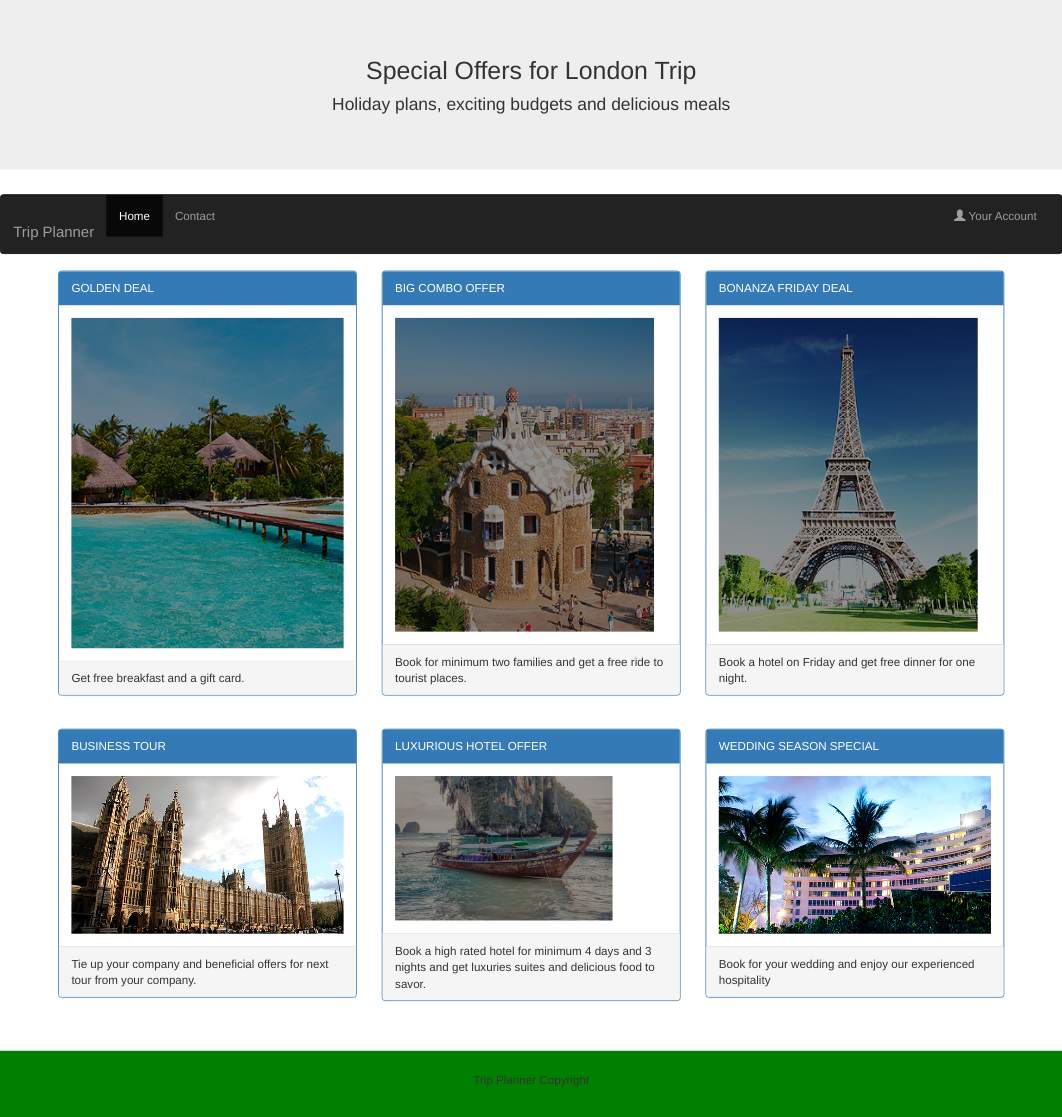
Repository: NanSin21/Mytourism-Website
Page: http://localhost/toursandtravelsmanagement/TripPlaces/CustomerBangkok.jsp
These files come from the project's save history. The page is drawn as it stood at one moment and after the next save; the edit follows.
The browser window is 1280 px wide. The pictures show the whole page, at 83% of full size.
The page is served by Tomcat 9. Other server files are loaded and not shown.

Above is the page before, as saved 2018-07-27 06:26:57.

### toursandtravelsmanagement/WebContent/TripPlaces/CustomerBangkok.jsp
<%@ page language="java" contentType="text/html; charset=ISO-8859-1"
    pageEncoding="ISO-8859-1"%>
<!DOCTYPE html PUBLIC "-//W3C//DTD HTML 4.01 Transitional//EN" "http://www.w3.org/TR/html4/loose.dtd">
<html>
<head>
<meta http-equiv="Content-Type" content="text/html; charset=ISO-8859-1">
<title>London Trip Package</title>
<!-- <meta charset="utf-8"> -->
  <meta name="viewport" content="width=device-width, initial-scale=1">
  <link rel="stylesheet" href="https://maxcdn.bootstrapcdn.com/bootstrap/3.3.7/css/bootstrap.min.css">
  <script src="https://ajax.googleapis.com/ajax/libs/jquery/3.3.1/jquery.min.js"></script>
  <script src="https://maxcdn.bootstrapcdn.com/bootstrap/3.3.7/js/bootstrap.min.js"></script>
  <style>
  .navbar{
  margin-nottom= 50px;
  border-radius= 0;
  }
  .jumbotron{
   margin-bottom= 0;
   }
   footer{
   background: green;
   padding: 25px;
   }
   </style>
</head>
<body>

<div class="jumbotron">
  <div class="container text-center">
   <h2>Special Offers for London Trip</h2>
     <p>Holiday plans, exciting budgets and delicious meals</p>
  </div>
</div>

<nav class="navbar navbar-inverse">
  <div class="container-fluid">
      <div class="navbar-header">
        <button type="button" class="navbar-toggle" data-toggle="collapse" data-target="#myNavbar">
        <span class="icon-bar"></span>
        <span class="icon-bar"></span>
        <span class="icon-bar"></span>
        </button>
        <h1><a class="navbar-brand" href="CustomerHome.jsp">Trip Planner</a></h1>
      </div>
      <div class="collapse navbar-collapse" id="myNavbar">
      <ul class="nav navbar-nav">
        <li class="active"><a href="TripPlaces/CustomerLondon.jsp">Home</a></li>
       <!--  <li><a href="registration.jsp">Register</a></li>
        <li><a href="login.jsp">Login</a></li> -->
        <li><a href="contact.jsp">Contact</a></li>
      </ul>
      <ul class="nav navbar-nav navbar-right">
        <li><a href="profile.jsp"><span class="glyphicon glyphicon-user"></span> Your Account</a></li>
       <!--  <li><a href="budget.html">Budget Details</a></li> -->
      <!--   <li><a href="#"><span class="glyphicon glyphicon-shopping-cart"></span> Cart</a></li> -->
      </ul>
    </div>
  </div>
</nav>


   <div class="container">
  <div class="row">
    <div class="col-sm-4">
      <div class="panel panel-primary">
        <div class="panel-heading">GOLDEN DEAL</div>
        <div class="panel-body"><img src="images/ban_img2.jpg" class="img-responsive" style="width:100%" alt="Image"></div>
        <div class="panel-footer">Get free breakfast and a gift card.</div>
      </div>
    </div>
    <div class="col-sm-4">
      <div class="panel panel-primary">
        <div class="panel-heading">BIG COMBO OFFER</div>
        <div class="panel-body"><img src="images/ban_img1.jpg" class="img-responsive" style="width:95%" alt="Image"></div>
        <div class="panel-footer">Book for minimum two families and get a free ride to tourist places.</div>
      </div>
    </div>
    <div class="col-sm-4">
      <div class="panel panel-primary">
        <div class="panel-heading">BONANZA FRIDAY DEAL</div>
        <div class="panel-body"><img src="images/ban_img3.jpg" class="img-responsive" style="width:95%" alt="Image"></div>
        <div class="panel-footer">Book a hotel on Friday and get free dinner for one night.</div>
      </div>
    </div>
  </div>
</div><br>

<div class="container">
  <div class="row">
    <div class="col-sm-4">
      <div class="panel panel-primary">
        <div class="panel-heading">BUSINESS TOUR</div>
        <div class="panel-body"><img src="images/londonhelp.jpg" class="img-responsive" style="width:100%" alt="Image"></div>
        <div class="panel-footer">Tie up your company and beneficial offers for next tour from your company.</div>
      </div>
    </div>
    <div class="col-sm-4">
      <div class="panel panel-primary">
        <div class="panel-heading">LUXURIOUS HOTEL OFFER</div>
        <div class="panel-body"><img src="images/2.jpg" class="img-responsive" style="width:80%" alt="Image"></div>
        <div class="panel-footer">Book a high rated hotel for minimum 4 days and 3 nights and get luxuries suites and delicious food to savor.</div>
      </div>
    </div>
    <div class="col-sm-4">
      <div class="panel panel-primary">
        <div class="panel-heading">WEDDING SEASON SPECIAL</div>
        <div class="panel-body"><img src="images/page4_img2.jpg" class="img-responsive" style="width:100%" alt="Image"></div>
        <div class="panel-footer">Book for your wedding and enjoy our experienced hospitality</div>
      </div>
    </div>
  </div>
</div><br><br>

<footer class="container-fluid text-center">
  <p>Trip Planner Copyright</p>
 <!--  <form action="LoginServlet" method="post" class="form-inline">Get deals:
    <input type="email" class="form-control" size="50" name="email" placeholder="Email Address">
     <input type="password" placeholder="Enter Password" name="password" required>
    <button type="submit" class="btn btn-danger">Sign Up</button>
  </form> -->
</footer>
</body>
</html>

After the next save:
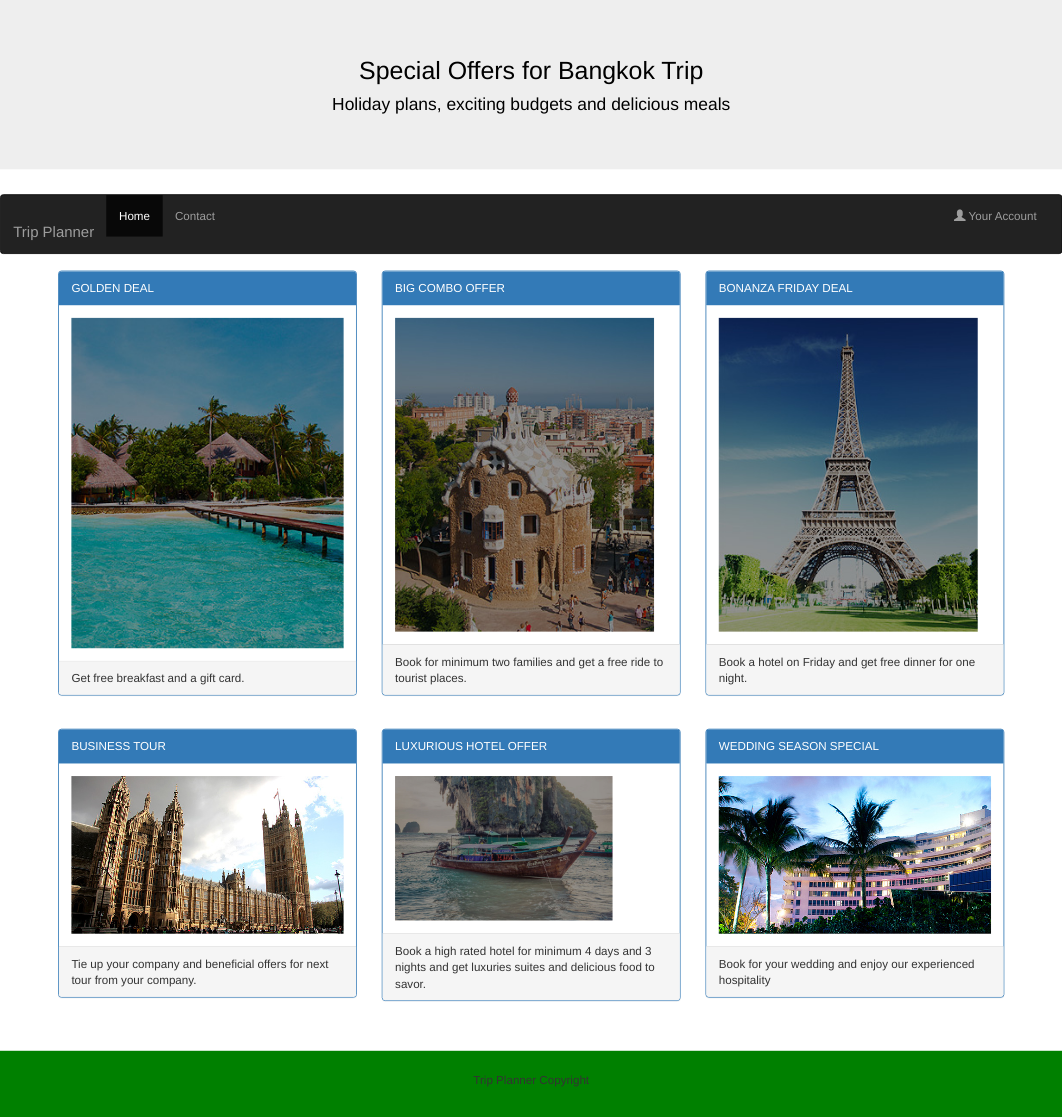
Saved 4 min 13 s later.
--- a/toursandtravelsmanagement/WebContent/TripPlaces/CustomerBangkok.jsp
+++ b/toursandtravelsmanagement/WebContent/TripPlaces/CustomerBangkok.jsp
@@ -4,7 +4,7 @@
 <html>
 <head>
 <meta http-equiv="Content-Type" content="text/html; charset=ISO-8859-1">
-<title>London Trip Package</title>
+<title>Bangkok Trip Package</title>
 <!-- <meta charset="utf-8"> -->
   <meta name="viewport" content="width=device-width, initial-scale=1">
   <link rel="stylesheet" href="https://maxcdn.bootstrapcdn.com/bootstrap/3.3.7/css/bootstrap.min.css">
@@ -26,9 +26,9 @@
 </head>
 <body>
 
-<div class="jumbotron">
+<div class="jumbotron" style="background-image: url(''); color: black;">
   <div class="container text-center">
-   <h2>Special Offers for London Trip</h2>
+   <h2>Special Offers for Bangkok Trip</h2>
      <p>Holiday plans, exciting budgets and delicious meals</p>
   </div>
 </div>
